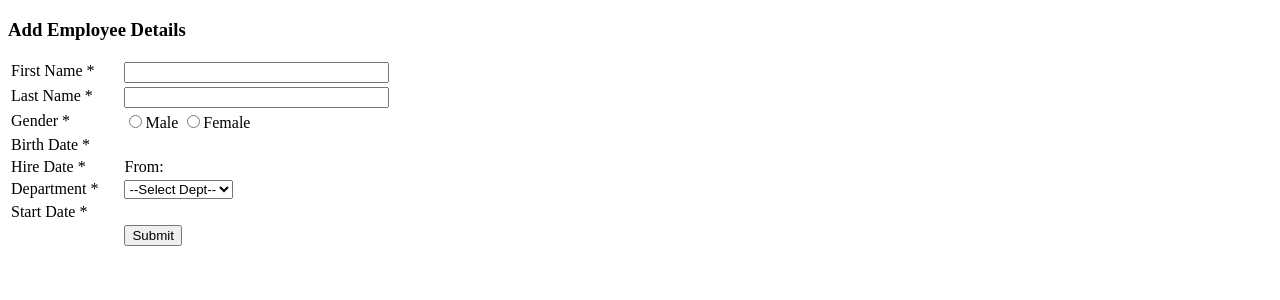
Repository: avsuhas/Java-Project
Page: http://localhost/Employee_Project/jsp/addUser.jsp
The author's editor kept a copy of each file at every save. The page is drawn from the files as they stood at one save, then again after the next save.
The browser window is 1280 px wide. The pictures show the whole page.
The page is served by Tomcat 9. Other server files are loaded and not shown.

Above is the page before, as saved 2017-06-01 16:12:24.

### Employee Project/WebContent/jsp/addUser.jsp
<%@ page language="java" contentType="text/html; charset=UTF-8"
    pageEncoding="UTF-8"%>
<!DOCTYPE html PUBLIC "-//W3C//DTD HTML 4.01 Transitional//EN" "http://www.w3.org/TR/html4/loose.dtd">
<html>
<head>
<meta http-equiv="Content-Type" content="text/html; charset=UTF-8">
<title>Insert title here</title>
</head>
<body>
<h3> Add Employee Details </h3>
<form name="myForm" action="#" method="post"  onsubmit="return validateForm()">

<table width="450px" >

	<tr>
 	<td valign="top">
  	<label for="first_name">First Name *</label>
 	</td>
 	<td valign="top">
 	<input type="text" name="firstName"  maxlength="20" size="30" required>
 	<br>
 	</td>
	</tr>

	<tr>
 	<td valign="top">
  	<label for="last_name">Last Name *</label>
 	</td>

 	<td valign="top">
 	<input  type="text" name="last_name" maxlength="20" size="30" required>

 	</td>
	</tr>




	<tr>
 	<td valign="top">
  	<label for="Sex">Gender *</label>
 	</td>
 	<td valign="top">
 	<input type="radio" name="Sex" value="Male" required>Male
	<input type="radio" name="Sex" value="Female">Female
	</tr>


	<tr>
 	<td valign="top">
  	<label for="birthDate">Birth Date *</label>
 	</td>
 	<td valign="top">
  	<script type="text/javascript"
	src="http://www.snaphost.com/jquery/Calendar.aspx"></script>
 	</td>
	</tr>


	<tr>
 	<td valign="top">
  	<label for="hireDate">Hire Date *</label>
 	</td>
 	<td valign="top">
  	From: <script type="text/javascript"
	src="http://www.snaphost.com/jquery/Calendar.aspx"></script> &nbsp;
 	</td>
	</tr>

	<tr>
 	<td valign="top">
  	<label for="department">Department *</label>
 	</td>
 	<td valign="top">
 	<select id="departmentId" name="department">
                <option value="0"> --Select Dept-- </option>
        </select>
 	</td>
	</tr>

	<tr>
 	<td valign="top">
  	<label for="startDate">Start Date *</label>
 	</td>
 	<td valign="top">
 	<script type="text/javascript"
	src="http://www.snaphost.com/jquery/Calendar.aspx"></script>

 	</td>
	</tr>

	<tr>
 	<td valign="top">
 	</td>
 	<td valign="top">

  	<input type="submit" value = "Submit" class="sbmtBtn" />
 	</td>
	</tr>


 	</table>


</form>


</body>
</html>

After the next save:
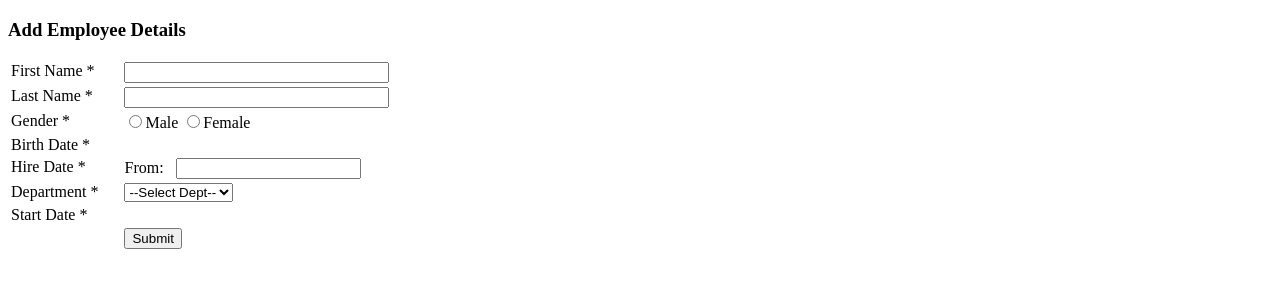
Saved 4 min 29 s later.
--- a/Employee Project/WebContent/jsp/addUser.jsp
+++ b/Employee Project/WebContent/jsp/addUser.jsp
@@ -64,6 +64,7 @@
  	<td valign="top">
   	From: <script type="text/javascript"
 	src="http://www.snaphost.com/jquery/Calendar.aspx"></script> &nbsp;
+ 	<input name="SnapHost_Calendar2" id="SnapHost_Calendar2" type="text" />
  	</td>
 	</tr>
 
